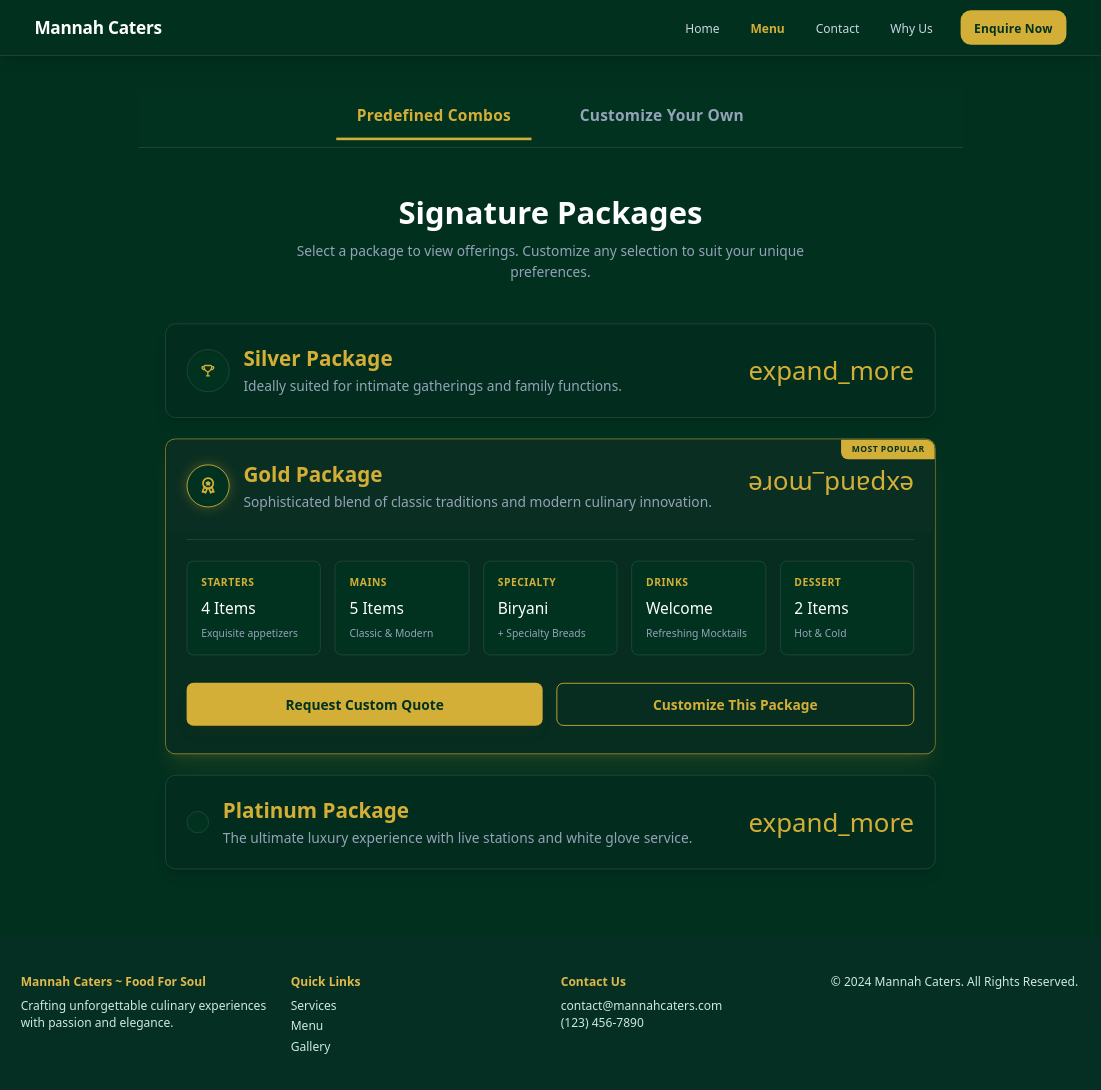
Repository: B-U-G-Freelancers/mannah_caterers
Page: /menu
The author's editor kept a copy of each file at every save. The page is drawn from the files as they stood at one save, then again after a run of saves.
The browser window is 1280 px wide. The pictures show the whole page, at 86% of full size.
The project was rebuilt for these pictures with package versions that can differ from the ones it lists, and the page was loaded fresh each time. Some packages were replaced by stand-ins written for this rebuild. Also part of the build but not shown: vite.config.js, src/pages/Home.jsx, src/components/MenuItem.jsx, src/components/CartSideBar.jsx, src/components/CustomizeView.jsx, src/pages/Contact.jsx, src/pages/Why.jsx.

Above is the page before, as saved 2025-12-17 14:30:37.

After the next 2 saves:
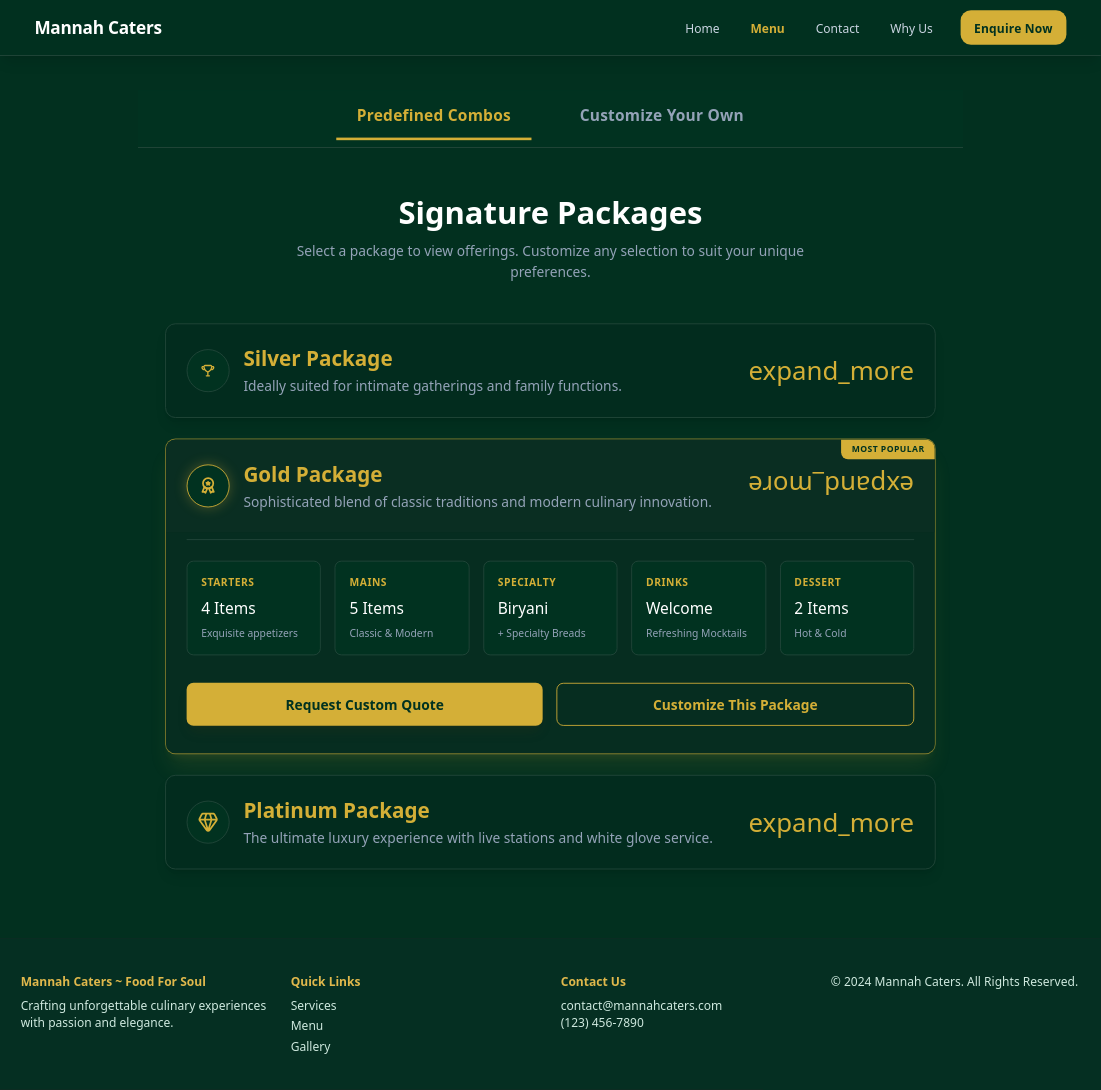
The 2 saves are shown as one change because they came seconds apart.
The last was saved 16 s later.
--- a/src/constants.js
+++ b/src/constants.js
@@ -91,7 +91,7 @@ export const PACKAGES = [
     id: "platinum",
     name: "Platinum Package",
     description: "The ultimate luxury experience with live stations and white glove service.",
-    icon: "diamond",
+    icon: Platinum,
     features: [
       { label: "Live", value: "Counters", subtext: "Interactive Cooking" },
       { label: "Spread", value: "Unlimited", subtext: "Global Cuisines" },
